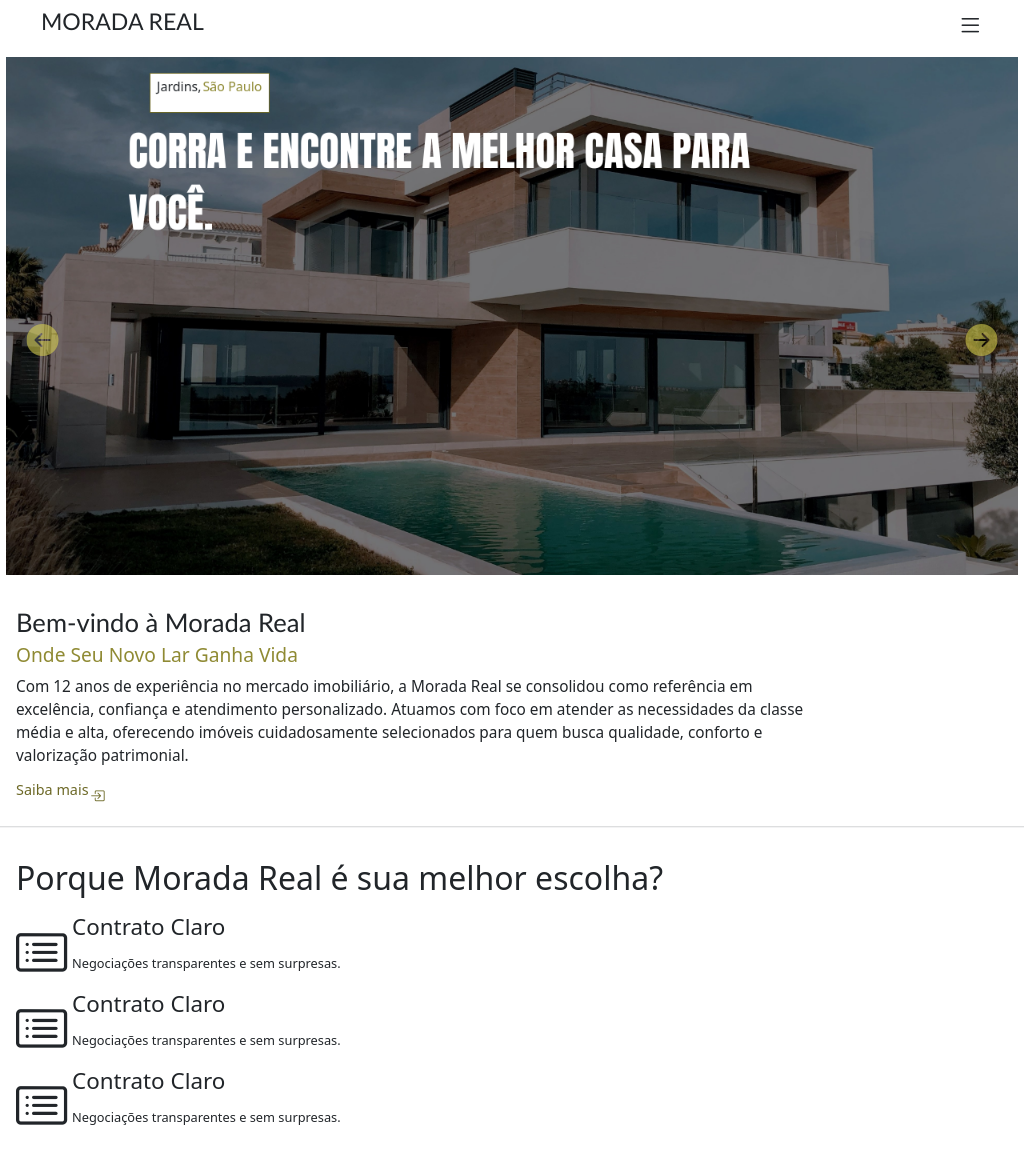
Repository: Mattyns/moradareal
Page: index.html
These files come from the project's save history. The page is drawn as it stood at one moment and after the next save; the edit follows.
The browser window is 1280 px wide. The pictures show the whole page, at 80% of full size.

Above is the page before, as saved 2025-07-13 17:17:17.

After the next save:
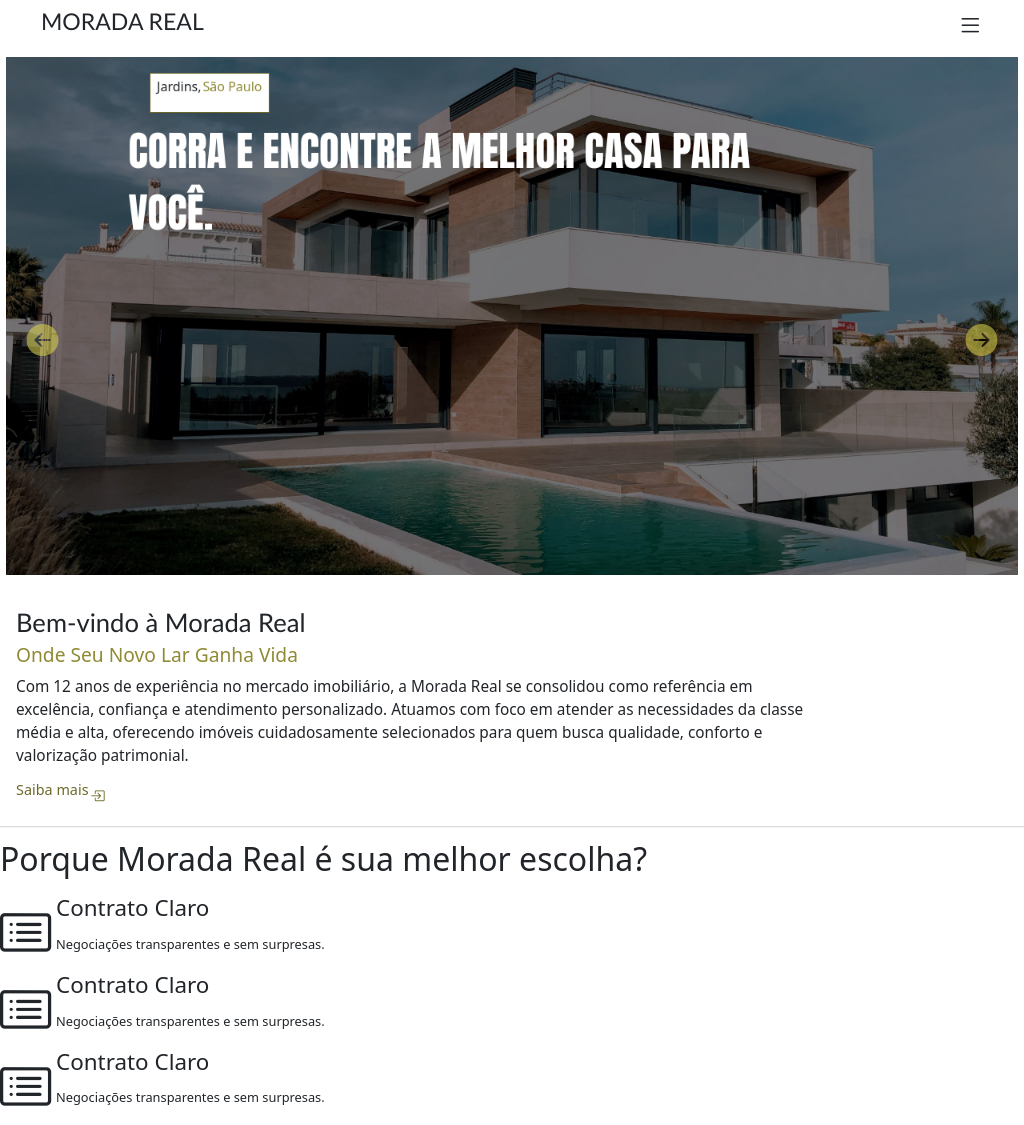
Saved 17 s later.
--- a/style/style.css
+++ b/style/style.css
@@ -187,6 +187,8 @@
     margin-right: 2px;
 }
 
+.line
+
 .services {
     margin: 20px;
     margin-top: 40px;

After the 2 saves that followed:
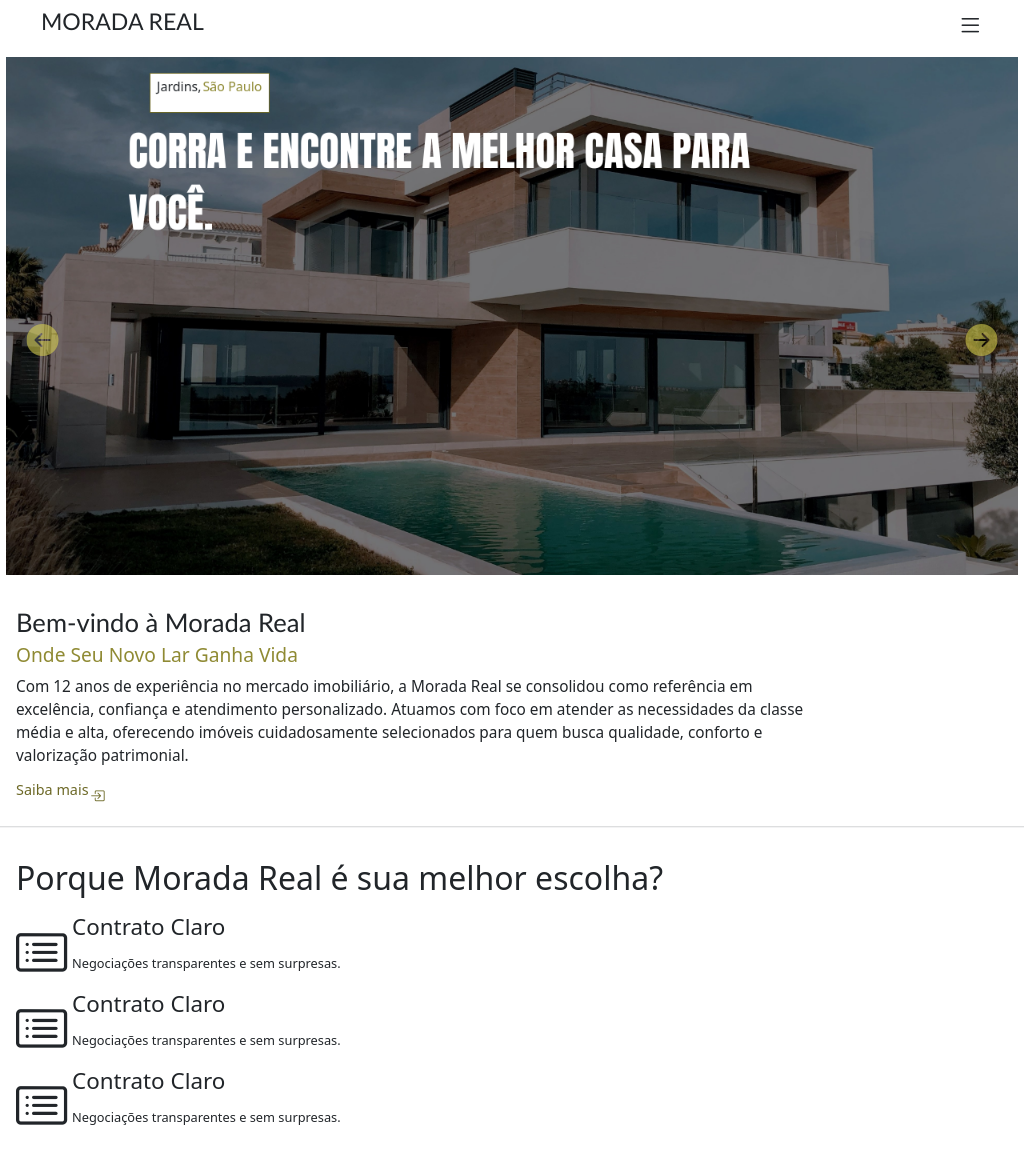
The 2 saves are shown as one change because they came seconds apart.
The last was saved 5 s later.
--- a/style/style.css
+++ b/style/style.css
@@ -187,7 +187,9 @@
     margin-right: 2px;
 }
 
-.line
+.line--gray {
+
+}
 
 .services {
     margin: 20px;
